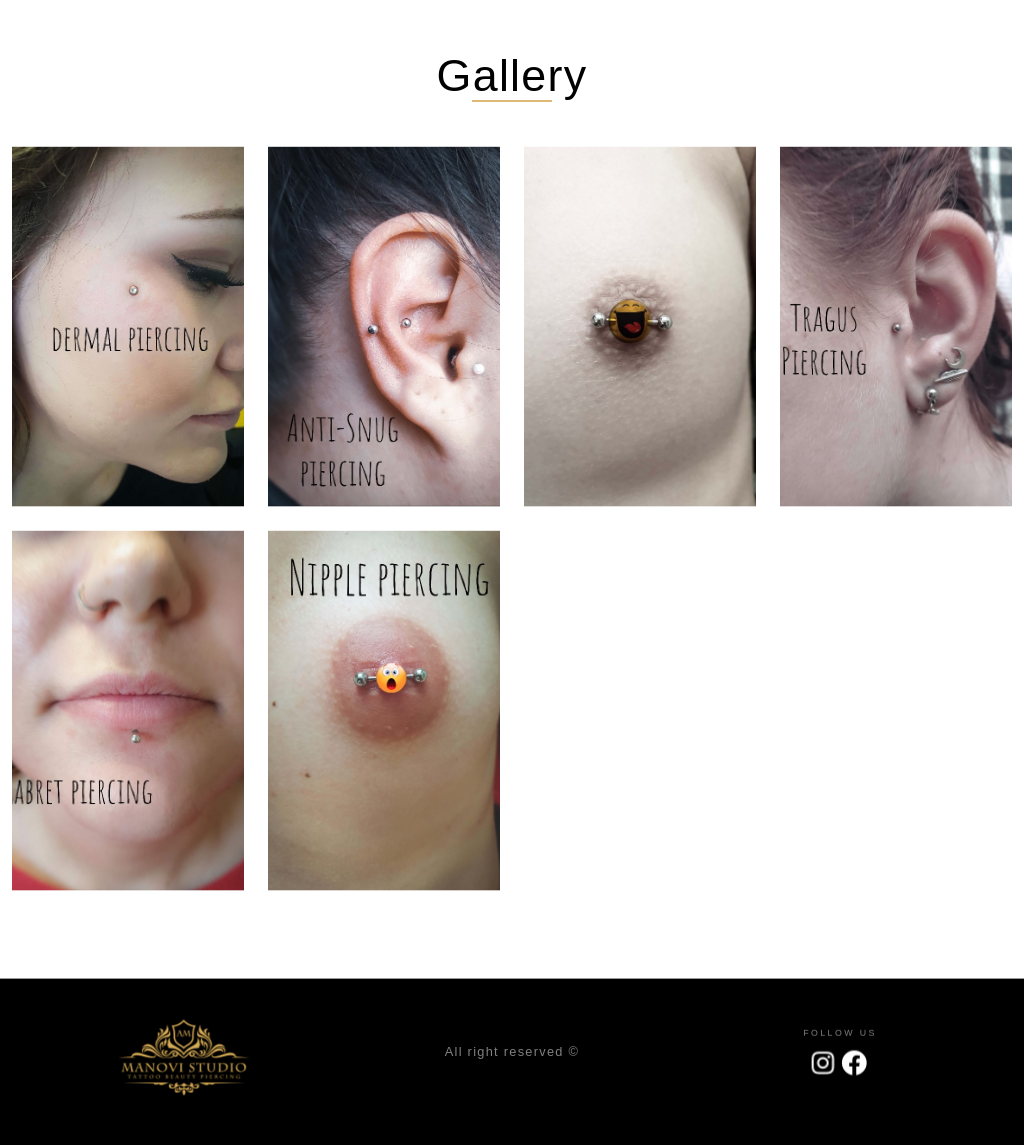
Repository: Spreceriany/TattooWeb
Page: piercing.html
The author's editor kept a copy of each file at every save. The page is drawn from the files as they stood at one save, then again after the next save.
The browser window is 1280 px wide. The pictures show the part of the page from y = 1689 to 3120 px (the page is 3120 px tall), at 80% of full size.
A picture or video elsewhere on the page could not be fetched, so the positions and the page height are approximate. Some web fonts or font styles are not loaded; a fallback is used. Some web libraries are served in a nearby version.

Above is the page before, as saved 2020-04-24 15:40:50.
Console error: TypeError: Cannot read properties of null (reading 'addEventListener')

After the next save:
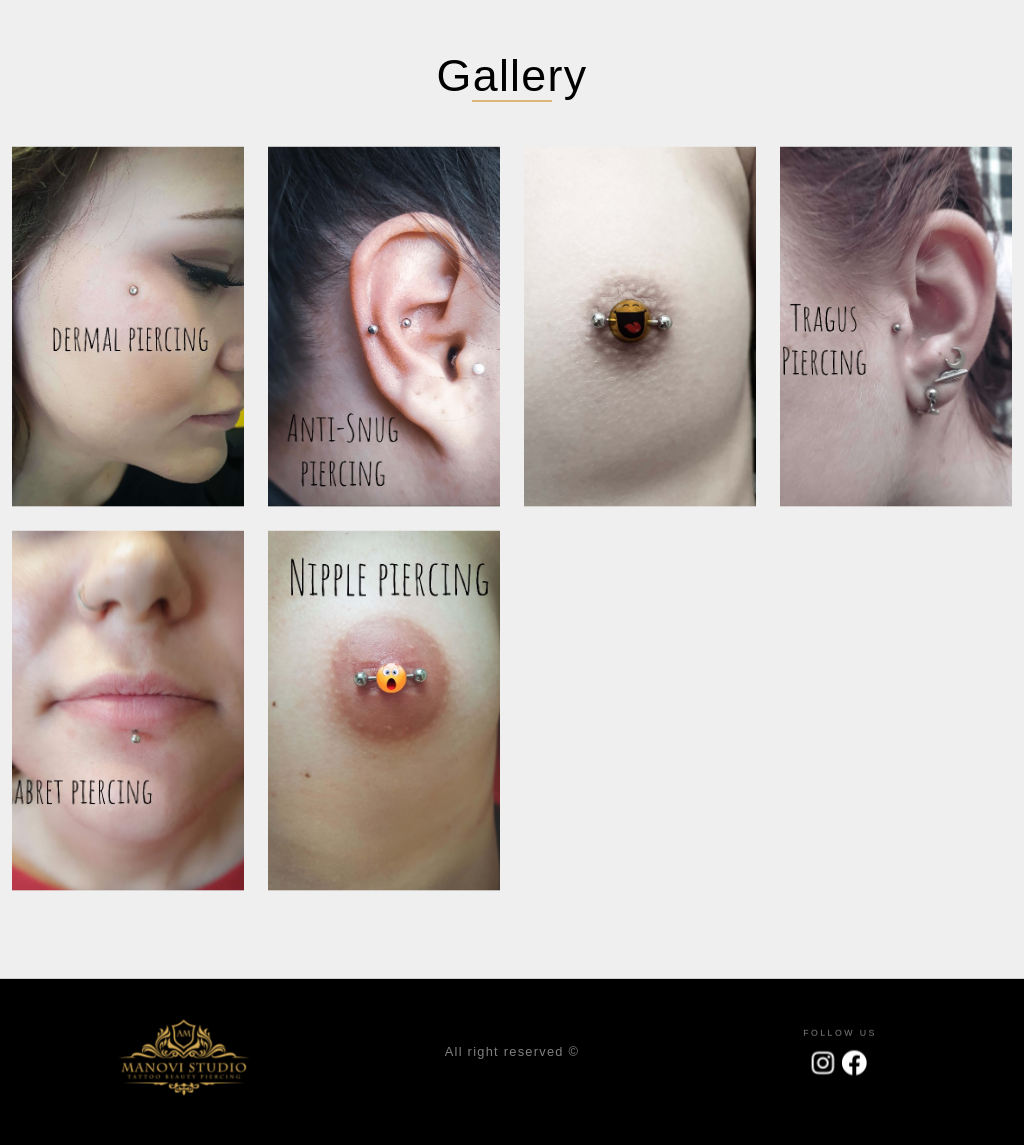
Saved 2 h 4 min later.
--- a/piercing.html
+++ b/piercing.html
@@ -147,7 +147,7 @@
 
 
 
-    <div class="site-wrap" data-aos="fade">
+    <div class="site-wrap" data-aos="fade" style="background-color: #efefef;">
 
 
 
